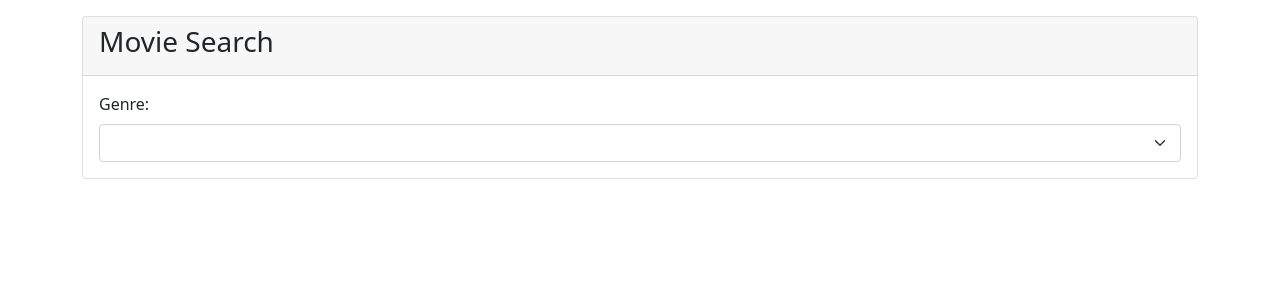
Repository: deepcloudlabs/dcl372-2022-jan-04
Page: imdb-boot/src/main/webapp/index.html
The author's editor kept a copy of each file at every save. The page is drawn from the files as they stood at one save, then again after the next save.
The browser window is 1280 px wide. The pictures show the whole page.

Above is the page before, as saved 2022-01-04 19:11:11.

After the next save:
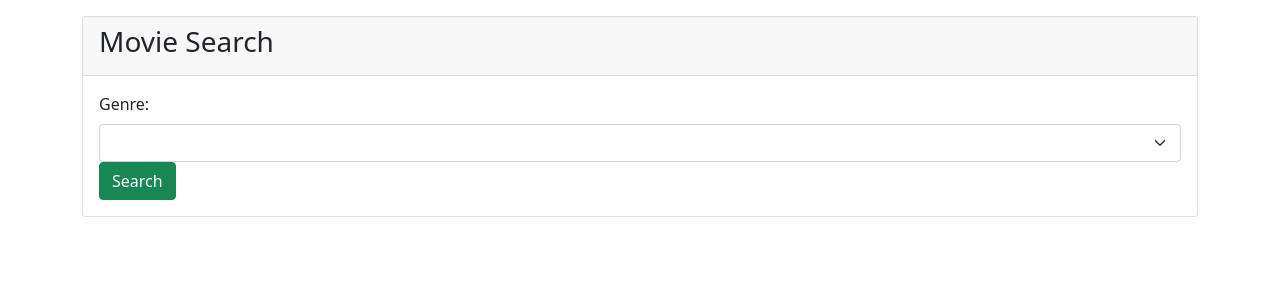
Saved 2 min 16 s later.
--- a/imdb-boot/src/main/webapp/index.html
+++ b/imdb-boot/src/main/webapp/index.html
@@ -19,6 +19,9 @@
 				<select data-bind="options: genres" class="form-select" id="genre">
 				</select>
 			</div>
+			<div class="form-group">
+			<button class="btn btn-success">Search</button>
+			</div>
 		</div>
 	</div>
 </div>
